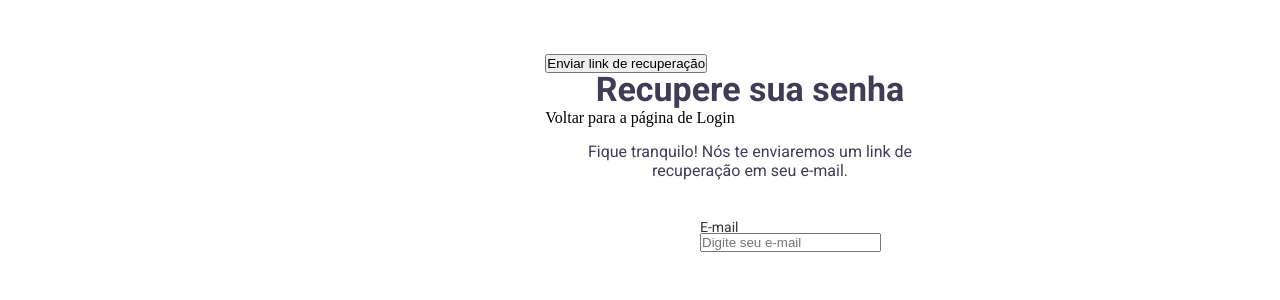
Repository: RenatoCCS/formularios
Page: senha.html
These files come from the project's save history. The page is drawn as it stood at one moment and after the next save; the edit follows.
The browser window is 1280 px wide. The pictures show the whole page.

Above is the page before, as saved 2023-03-27 21:20:03.

After the next save:
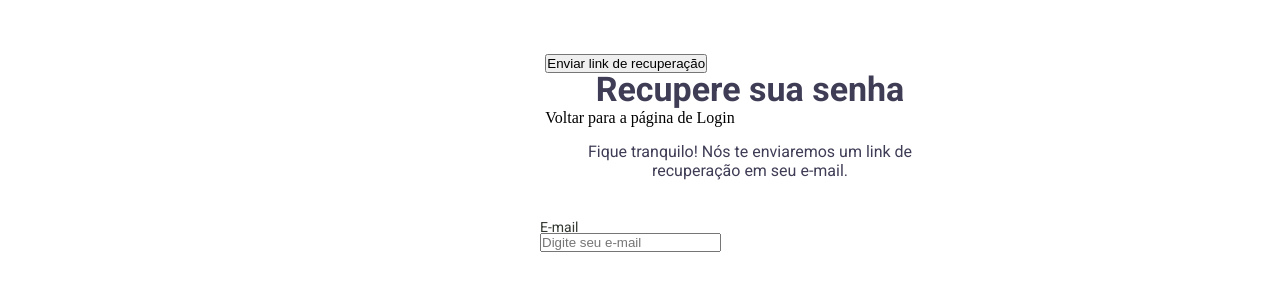
Saved 11 s later.
--- a/style.css
+++ b/style.css
@@ -799,7 +799,7 @@
   width: 396px;
   height: 69px;
   top: 215px;
-  left: 700px;
+  left: 540px;
 }
 
 .senha__Email__Titulo {
